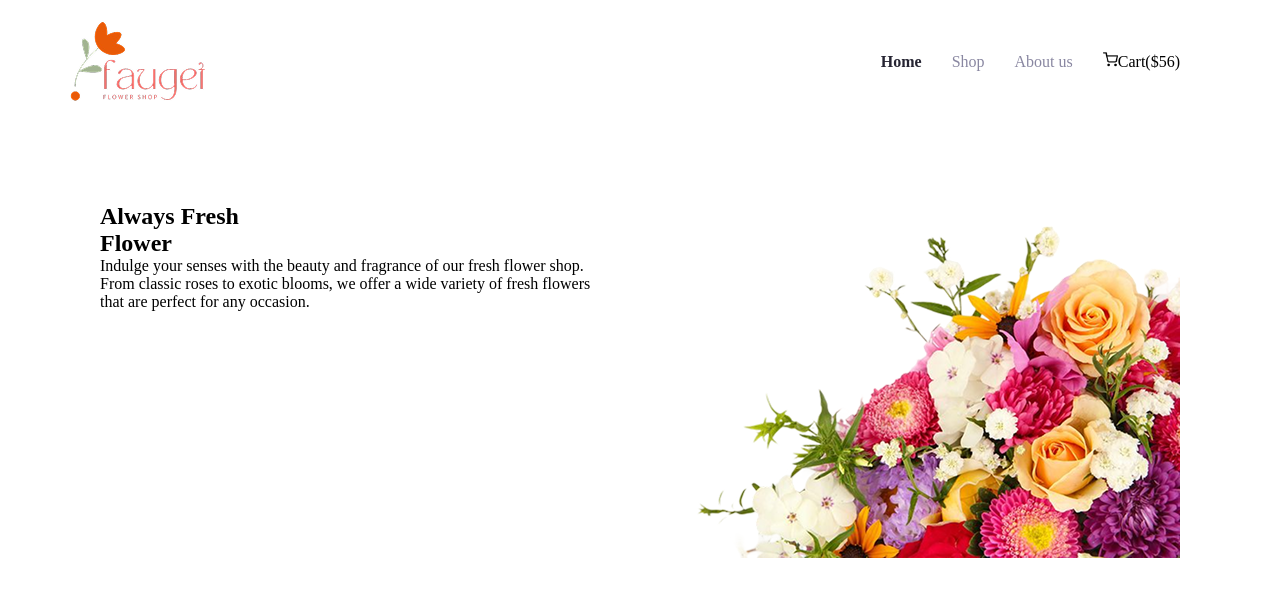
Repository: dollyrakhe22/Flowers-main-website
Page: index.html
These files come from the project's save history. The page is drawn as it stood at one moment and after the next save; the edit follows.
The browser window is 1280 px wide. The pictures show the whole page.
Some web libraries are served in a nearby version.

Above is the page before, as saved 2025-07-23 23:45:15.

### index.html
<!DOCTYPE html>
<html lang="en">
<head>
    <meta charset="UTF-8">
    <meta name="viewport" content="width=device-width, initial-scale=1.0">
    <title>Flowers Site</title>
    <link rel="stylesheet" href="style.css">
    <link rel="stylesheet" href="https://cdnjs.cloudflare.com/ajax/libs/font-awesome/7.0.0/css/all.min.css" integrity="sha512-DxV+EoADOkOygM4IR9yXP8Sb2qwgidEmeqAEmDKIOfPRQZOWbXCzLC6vjbZyy0vPisbH2SyW27+ddLVCN+OMzQ==" crossorigin="anonymous" referrerpolicy="no-referrer" />
</head>
<body>
    <header>
           <nav class="nav-bar display-flex">
                <img src="assets/logo.png" alt="" srcset="">


              <ul class="list-link display-flex">
                <li class="list-item text-black ">Home</li>
                <li class="list-item text-gray">Shop</li>
                <li class="list-item text-gray">About us</li>
                <li class="list-item"><img src="assets/shopping-cart (1).jpg" alt="" srcset=""width="15px" height="15px">Cart($56)</li>
             </ul>
           </nav>
 <!--Fresh Flowers-->
 <section class="flower-section display-flex">
  <div class="fresh-flower">
   <h1 class="flower-title">Always Fresh<br> Flower</h1>
   <p class="flower-decription">Indulge your senses with the beauty and fragrance of our fresh flower shop. From classic roses to exotic blooms,
     we offer a wide variety of fresh flowers that are perfect for any occasion. </p>
  </div>
  <div class="flower-img">
    <img src="assets/hero-flower.png" alt="" srcset="">
  </div>



 </section>











    </header>
    <main>

    </main>
    <footer>

    </footer>
</body>
</html>

### style.css
*{
    box-sizing: border-box;
    margin: 0;
    padding: 0;
}
/*shared style*/
.display-flex{
    display: flex;
}
/*black*/
.text-black{
    color:#252432;
    font-weight: bold;
}
/*dark 02*/
.text-gray{
    color: #8987A1;
}
/*navbar start*/
.nav-bar{
   justify-content: space-between;
   margin: 20px auto;
   max-width: 1140px;




}
.list-link{
    justify-items: center;
    justify-content: center;
    align-items: center;



}
nav ul li{
    list-style: none;
    margin-right: 30px;
}

/*Fresh Flower*/
.flower-section{
    max-width: 100%;
    margin: 100px;
}

After the next save:
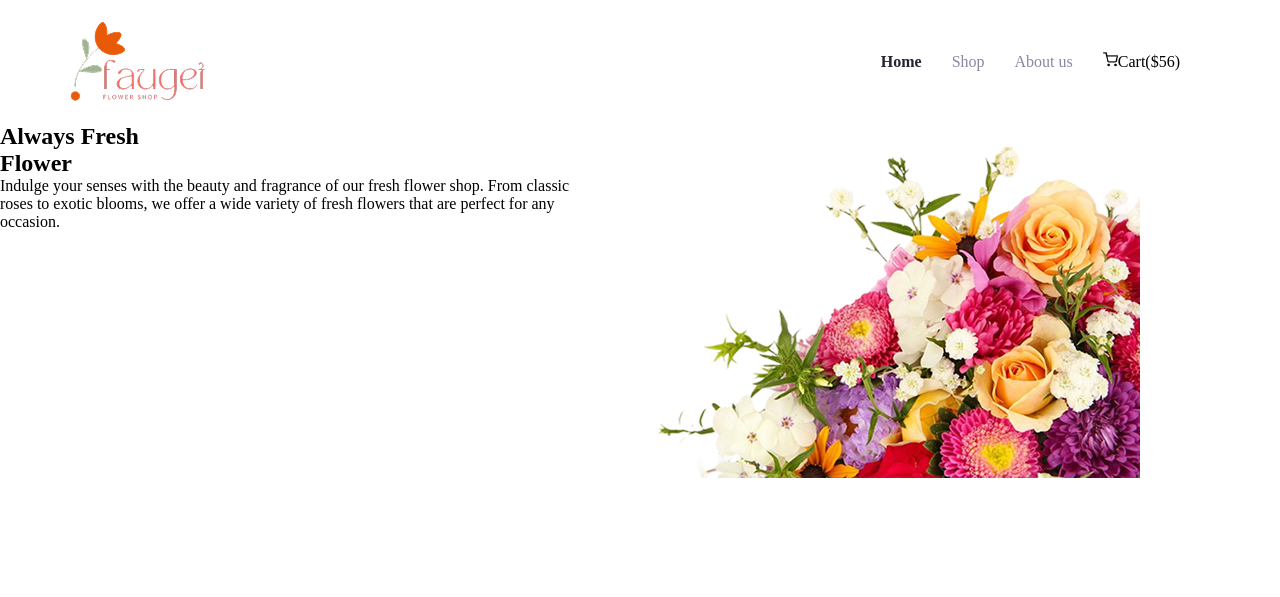
Saved 63 s later.
--- a/style.css
+++ b/style.css
@@ -42,5 +42,6 @@ nav ul li{
 /*Fresh Flower*/
 .flower-section{
     max-width: 100%;
-    margin: 100px;
+    width: 1140px;
+    height: 460px;
 }
